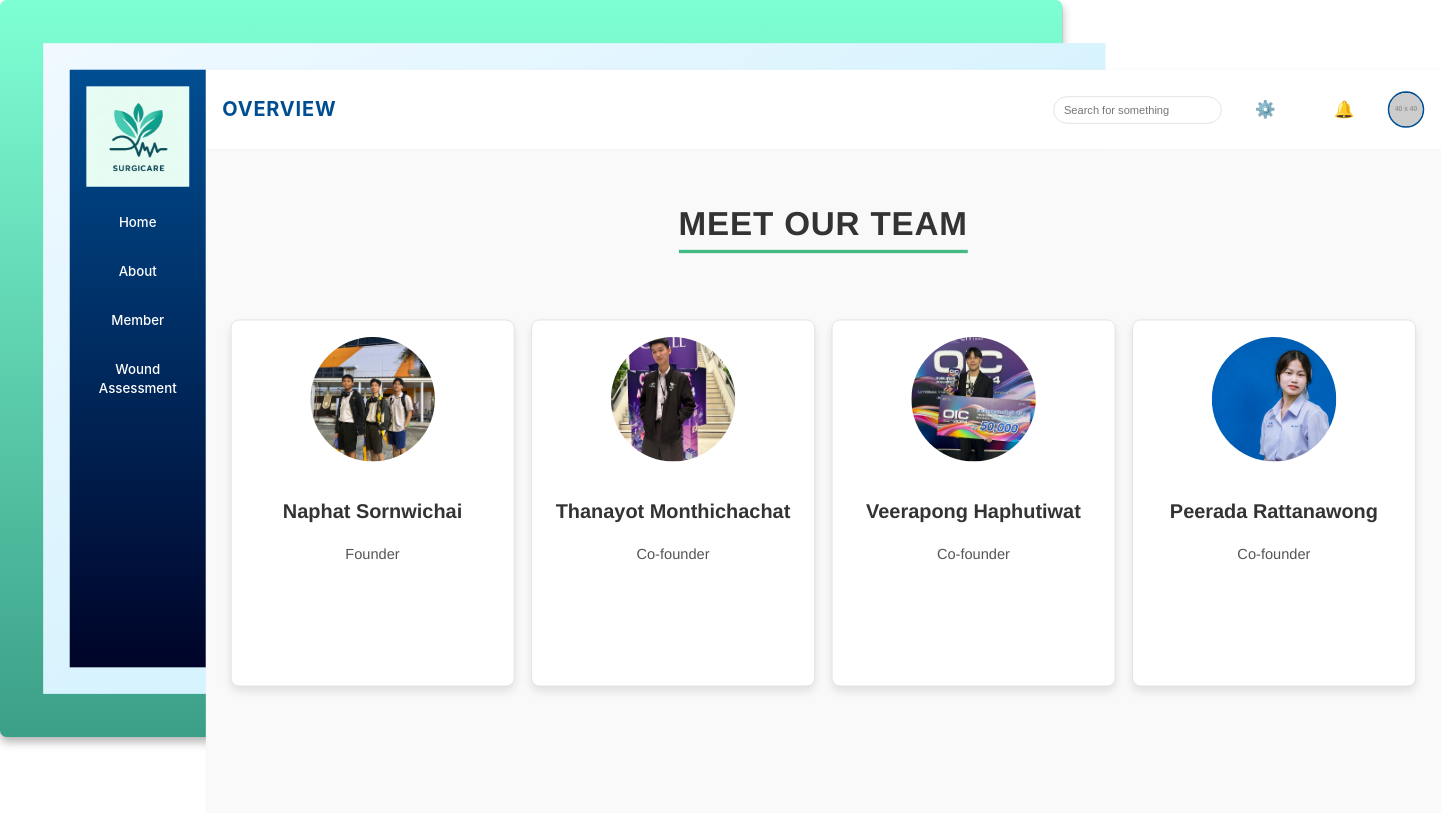
Repository: Jinwoo290350/Surgicare-Vue
Page: /member (app in surgicare/)
The author's editor kept a copy of each file at every save. The page is drawn from the files as they stood at one save, then again after the next save.
The browser window is 1280 px wide. The page is 1736 px wide, then 1280 px, so the pictures cover 1736 px, including what lies to the right of the window. The pictures show the whole page, at 83% of full size.
The project was rebuilt for these pictures with package versions that can differ from the ones it lists, and the page was loaded fresh each time. Also part of the build but not shown: surgicare/vite.config.js, surgicare/src/views/Home.vue, surgicare/src/views/About.vue, surgicare/src/components/WoundAssessment.vue.

Above is the page before, as saved 2024-12-30 14:39:18.
Console error: TypeError: Cannot read properties of null (reading 'getContext')

### surgicare/index.html
<!doctype html>
<html lang="en">
  <head>
    <meta charset="UTF-8" />
    <link rel="icon" type="image/svg+xml" href="/vite.svg" />
    <meta name="viewport" content="width=device-width, initial-scale=1.0" />
    <title>Vite + Vue</title>
  </head>
  <body>
    <div id="app"></div>
    <script type="module" src="/src/main.js"></script>
  </script>
  <link href="https://fonts.googleapis.com/css2?family=Roboto:wght@400;500;700&display=swap" rel="stylesheet">

  <script type="text/javascript" src="./src/star.js"></script>
  </body>
</html>

### surgicare/src/main.js
import { createApp } from 'vue'
import './style.css'
import App from './App.vue'
import router from "./router";

createApp(App).use(router).mount("#app");

### surgicare/src/style.css
:root {
  font-family: Inter, system-ui, Avenir, Helvetica, Arial, sans-serif;
  line-height: 1.5;
  font-weight: 400;
  color-scheme: light dark;
  color: rgba(255, 255, 255, 0.87);
  background-color: #242424;
  font-synthesis: none;
  text-rendering: optimizeLegibility;
  -webkit-font-smoothing: antialiased;
  -moz-osx-font-smoothing: grayscale;
}

a {
  font-weight: 500;
  text-decoration: none;
  transition: color 0.3s ease-in-out;
}
a:hover {
  color: #535bf2; /* Blue hover effect */
}

body {
  margin: 0;
  display: flex;
  flex-direction: column;
  align-items: center;
  justify-content: center;
  min-width: 320px;
  min-height: 100vh;
  padding: 20px;
  background-color: #1f2d29;
  background-image: linear-gradient(to top, #3b9f87, #7fffd4);
  background-repeat: no-repeat;
  border-radius: 8px;
  box-shadow: 0 6px 12px rgba(0, 0, 0, 0.3);
}

h1 {
  font-size: 3em;
  line-height: 1.1;
  color: #fff;
  text-transform: uppercase;
  letter-spacing: 1px;
  margin-bottom: 0.5em;
  transition: transform 0.3s ease-in-out;
}
h1:hover {
  transform: scale(1.05); /* Slight hover effect */
}

button {
  border-radius: 8px;
  border: 1px solid transparent;
  padding: 0.8em 1.5em;
  font-size: 1em;
  font-weight: 500;
  background-color: #333;
  color: #fff;
  cursor: pointer;
  transition: all 0.3s ease;
}
button:hover {
  border-color: #646cff;
  background-color: #444;
  transform: translateY(-2px); /* Lift on hover */
}
button:focus,
button:focus-visible {
  outline: 4px auto -webkit-focus-ring-color;
}

.card {
  padding: 2em;
  background-color: #2a2a2a;
  border-radius: 12px;
  box-shadow: 0 4px 10px rgba(0, 0, 0, 0.4);
  transition: transform 0.3s ease;
}
.card:hover {
  transform: translateY(-5px); /* Lift on hover */
}

#app {
  max-width: 1280px;
  margin: 0 auto;
  padding: 2rem;
  text-align: center;
}

/* Media Queries for Responsiveness */
@media (max-width: 768px) {
  body {
    padding: 15px;
  }

  h1 {
    font-size: 2.4em; /* Smaller title for mobile screens */
  }

  button {
    padding: 0.6em 1.2em;
    font-size: 1em;
  }

  .card {
    padding: 1.5em;
  }

  #app {
    padding: 1.5rem;
  }
}

@media (max-width: 480px) {
  h1 {
    font-size: 2em; /* Further reduce title size */
  }

  button {
    padding: 0.5em 1em;
    font-size: 0.9em;
  }

  .card {
    padding: 1em;
  }
}

/* Light Mode Styles */
@media (prefers-color-scheme: light) {
  :root {
    color: #213547;
    background-color: #ffffff;
  }
  a:hover {
    color: #747bff;
  }
  button {
    background-color: #f9f9f9;
    color: #333;
  }
  .card {
    background-color: #f5f5f5;
    box-shadow: 0 2px 6px rgba(0, 0, 0, 0.1);
  }
}

### surgicare/src/App.vue
<template>
  <div id="app" class="app-container">
    <aside class="sidebar">
      <img src="/Users/frank/Vscode/Vue/surgicare/public/Icon_surgicare.png" alt="Logo" class="logo" />
      <nav class="menu">
        <router-link to="/">Home</router-link>
        <router-link to="/about">About</router-link>
        <router-link to="/member">Member</router-link>
        <router-link to="/wound-assessment">Wound Assessment</router-link>
      </nav>
    </aside>

    <main class="main-content">
      <header class="header">
        <h1>Overview</h1>
        <div class="header-tools">
          <input type="text" placeholder="Search for something" class="search-box" />
          <button class="settings-btn">⚙️</button>
          <button class="notifications-btn">🔔</button>
          <img src="https://via.placeholder.com/40" alt="Profile" class="profile-pic" />
        </div>
      </header>
        <router-view />
    </main>
  </div>
</template>

<script>
export default {
  name: "DashboardPage",
};
</script>

<style scoped>
/* General Styles */
body {
  margin: 0;
  font-family: 'Poppins', Arial, sans-serif;
}

.app-container {
  display: flex;
  height: 100vh;
  background: linear-gradient(to bottom right, #f0f9ff, #c1eefd);
}

.sidebar {
  width: 250px;
  background: linear-gradient(to bottom, #004e92, #000428);
  color: white;
  padding: 20px;
  display: flex;
  flex-direction: column;
  align-items: center;
}

.logo {
  width: 100%;
  max-width: 150px;
  margin-bottom: 20px;
}

.menu a {
  text-decoration: none;
  color: white;
  font-size: 16px;
  margin-bottom: 15px;
  display: block;
  text-align: center;
  padding: 10px 15px;
  border-radius: 8px;
  transition: background 0.3s, transform 0.3s;
}

.menu a:hover {
  background: rgba(255, 255, 255, 0.2);
  transform: scale(1.05);
}

.main-content {
  flex-grow: 1;
  display: flex;
  flex-direction: column;
}

.header {
  display: flex;
  justify-content: space-between;
  align-items: center;
  padding: 20px;
  background: white;
  box-shadow: 0 2px 5px rgba(0, 0, 0, 0.1);
}

.header h1 {
  font-size: 24px;
  color: #004e92;
  margin: 0;
}

.header-tools {
  display: flex;
  align-items: center;
}

.search-box {
  padding: 8px 12px;
  border: 1px solid #ddd;
  border-radius: 25px;
  margin-right: 10px;
  outline: none;
  transition: box-shadow 0.3s;
}

.search-box:focus {
  box-shadow: 0 0 10px rgba(0, 78, 146, 0.5);
}

.settings-btn,
.notifications-btn {
  background: none;
  border: none;
  font-size: 20px;
  color: #555;
  margin-right: 10px;
  cursor: pointer;
}

.profile-pic {
  width: 40px;
  height: 40px;
  border-radius: 50%;
  border: 2px solid #004e92;
}

.content-area {
  flex-grow: 1;
  background: linear-gradient(to bottom right, #e6f7f9, #ffffff);
  display: flex;
  justify-content: center;
  align-items: center;
  position: relative;
}

.placeholder {
  width: 80%;
  height: 80%;
  background: rgba(255, 255, 255, 0.8);
  border-radius: 20px;
  box-shadow: 0 4px 20px rgba(0, 0, 0, 0.1);
  display: flex;
  justify-content: center;
  align-items: center;
  font-size: 28px;
  color: #004e92;
  font-weight: bold;
  text-align: center;
}
</style>

### surgicare/src/router/index.js
import { createRouter, createWebHistory } from "vue-router";

// Importing views and components
import Home from "../views/Home.vue";
import About from "../views/About.vue";
import Member from "../views/Member.vue";
import WoundAssessment from "../components/WoundAssessment.vue";

// Define the route configurations
const routes = [
  {
    path: "/",
    name: "Home",
    component: Home,
    meta: {
      title: "Home -  Surgicare",
    },
  },
  {
    path: "/about",
    name: "About",
    component: About,
    meta: {
      title: "About - Surgicare",
    },
  },
  {
    path: "/member",
    name: "Member",
    component: Member,
    meta: {
      title: "Member - Surgicare",
    },
  },
  {
    path: "/wound-assessment",
    name: "WoundAssessment",
    component: WoundAssessment,
    meta: {
      title: "Wound Assessment - Surgicare",
    },
  },
];

// Create the router instance
const router = createRouter({
  history: createWebHistory(),
  routes,
  scrollBehavior(to, from, savedPosition) {
    // Scroll to top on route change, unless saved position exists
    if (savedPosition) {
      return savedPosition;
    } else {
      return { top: 0 };
    }
  },
});

// Global navigation guard for dynamic document titles
router.beforeEach((to, from, next) => {
  document.title = to.meta.title || "Default App Title";
  next();
});

export default router;

### surgicare/src/views/Member.vue
<template>
  <div id="team-page">
    <div class="team-header">
      <h1>Meet Our Team</h1>
    </div>
    <!-- Scrollable Member Cards -->
    <div class="member-cards-container">
      <div class="member-cards">
        <div
          class="member-card"
          v-for="(member, index) in members"
          :key="index"
          @click="selectMember(member)"
        >
          <img :src="member.photo" :alt="`Photo of ${member.name}`" class="member-photo" />
          <div class="member-info">
            <h2>{{ member.name }}</h2>
            <p>{{ member.role }}</p>
          </div>
        </div>
      </div>
    </div>

    <!-- Member Details Modal -->
    <div v-if="selectedMember" class="member-details" @click.self="closeDetails">
      <div class="details-content">
        <h2>{{ selectedMember.name }}</h2>
        <p><strong>Role:</strong> {{ selectedMember.role }}</p>
        <p>{{ selectedMember.bio }}</p>
        <button @click="closeDetails">Close</button>
      </div>
    </div>
  </div>
</template>

<script>
export default {
  data() {
    return {
      members: [
        {
          name: "Naphat Sornwichai",
          role: "Founder",
          photo: "Pogus.jpg",
          bio: "Founder of Surgicare with a vision for better healthcare solutions.",
        },
        {
          name: "Thanayot Monthichachat",
          role: "Co-founder",
          photo: "Zoe.jpg",
          bio: "Co-founder with a passion for innovation in the medical field.",
        },
        {
          name: "Veerapong Haphutiwat",
          role: "Co-founder",
          photo: "Frank.jpg",
          bio: "Dedicated to improving lives through cutting-edge technology.",
        },
        {
          name: "Peerada Rattanawong",
          role: "Co-founder",
          photo: "bio.jpg",
          bio: "An advocate for collaboration and excellence in healthcare.",
        },
      ],
      selectedMember: null,
    };
  },
  methods: {
    selectMember(member) {
      this.selectedMember = member;
    },
    closeDetails() {
      this.selectedMember = null;
    },
  },
};
</script>

<style scoped>
#team-page {
  padding: 40px 20px;
  font-family: 'Helvetica Neue', sans-serif;
  background-color: #f9f9f9;
  min-height: 100vh;
  display: flex;
  flex-direction: column;
  align-items: center;
}

.team-header {
  margin-bottom: 30px;
  text-align: center;
}

.team-header h1 {
  font-size: 2.5rem;
  font-weight: bold;
  color: #333;
  text-transform: uppercase;
  border-bottom: 4px solid #42b983;
  padding-bottom: 10px;
}

/* Horizontal Scroll Container */
.member-cards-container {
  overflow-x: auto;
  white-space: nowrap;
  padding: 20px 0;
  width: 100%;
}

.member-cards {
  display: inline-flex;
  gap: 20px;
  padding: 10px;
}

.member-card {
  flex: 0 0 auto;
  width: 300px;
  height: 400px;
  cursor: pointer;
  border: 1px solid #e0e0e0;
  border-radius: 10px;
  padding: 20px;
  background-color: #fff;
  box-shadow: 0 6px 12px rgba(0, 0, 0, 0.1);
  transition: transform 0.3s ease, box-shadow 0.3s ease;
  text-align: center;
}

.member-card:hover {
  transform: translateY(-5px);
  box-shadow: 0 10px 20px rgba(0, 0, 0, 0.15);
}

.member-photo {
  width: 150px;
  height: 150px;
  object-fit: cover;
  border-radius: 50%;
  margin: 0 auto 15px;
  transition: transform 0.3s ease;
}

.member-card:hover .member-photo {
  transform: scale(1.1);
}

.member-info h2 {
  font-size: 1.5rem;
  font-weight: bold;
  color: #333;
}

.member-info p {
  font-size: 1.1rem;
  color: #555;
}

/* Modal Styles */
.member-details {
  position: fixed;
  top: 0;
  left: 0;
  width: 100%;
  height: 100%;
  background: rgba(0, 0, 0, 0.6);
  display: flex;
  justify-content: center;
  align-items: center;
  z-index: 1000;
}

.details-content {
  background: #fff;
  padding: 25px;
  border-radius: 8px;
  text-align: center;
  width: 90%;
  max-width: 400px;
  box-shadow: 0 8px 16px rgba(0, 0, 0, 0.25);
}

.details-content h2 {
  font-size: 1.8rem;
  font-weight: 700;
  color: #333;
  margin-bottom: 15px;
}

.details-content p {
  font-size: 1rem;
  color: #555;
  margin-bottom: 15px;
}

button {
  padding: 10px 20px;
  background-color: #42b983;
  color: white;
  border: none;
  border-radius: 5px;
  cursor: pointer;
  font-size: 1rem;
  transition: background-color 0.3s ease;
}

button:hover {
  background-color: #369a6c;
}

/* Responsive Styling */
@media (max-width: 768px) {
  .member-card {
    width: 260px;
    height: 350px;
  }

  .member-photo {
    width: 120px;
    height: 120px;
  }
}
</style>

### surgicare/src/star.js
const canvas = document.querySelector('canvas')
const c = canvas.getContext('2d')

canvas.width = innerWidth
canvas.height = innerHeight

window.addEventListener("resize", function() {
    canvas.width = window.innerWidth;
    canvas.height = window.innerHeight;
    init()
})
function Star(x, y, radius, color) {
    this.x = x
    this.y = y
    this.radius = radius
    this.color = color
    this.velocity = {
        x: (Math.random() - 0.5) * 8,
        y: 3
    }
    this.friction = 0.8
    this.gravity = 1
}

Star.prototype.draw = function() {
    c.save()
    c.beginPath()
    c.arc(this.x, this.y, this.radius, 0, Math.PI * 2, false)
    c.fillStyle = this.color
    c.shadowColor = '#E3EAEF'
    c.shadowBlur = 20
    c.fill()
    c.closePath()
    c.restore()
}

Star.prototype.update = function() {
    this.draw()

    //When ball hits bottom of screen
    if(this.y + this.radius + this.velocity.y > canvas.height - groundHeight){
        this.velocity.y = -this.velocity.y * this.friction
        this.shatter()
    }
    else{
        this.velocity.y += this.gravity
    }

    //Hits side of screen
    if(this.x + this.radius + this.velocity.x > canvas.width || this.x - this.radius <= 0){
        this.velocity.x = -this.velocity.x * this.friction
        this.shatter()
    }

    this.x += this.velocity.x
    this.y += this.velocity.y

}

Star.prototype.shatter = function(){
    this.radius -= 3
    for(let i = 0; i < 8; i++){
        miniStars.push(new MiniStar(this.x, this.y, 2))
    }

}

function MiniStar(x, y, radius, color){
    Star.call(this, x, y, radius, color)
    this.velocity = {
        x: (Math.random() - 0.5) * 10,
        y: (Math.random() - 0.5) * 30
    }
    this.friction = 0.8
    this.gravity = 0.1
    this.ttl = 100
    this.opacity = 1
}

MiniStar.prototype.draw = function() {
    c.save()
    c.beginPath()
    c.arc(this.x, this.y, this.radius, 0, Math.PI * 2, false)
    c.fillStyle = `rgba(227,234, 239, ${this.opacity})`
    c.shadowColor = '#E3EAEF'
    c.shadowBlur = 20
    c.fill()
    c.closePath()
    c.restore()
}

MiniStar.prototype.update = function() {
    this.draw()

    if(this.y + this.radius + this.velocity.y > canvas.height - groundHeight){
        this.velocity.y = -this.velocity.y * this.friction
    }
    else{
        this.velocity.y += this.gravity
    }

    this.x += this.velocity.x
    this.y += this.velocity.y
    this.ttl -= 1
    this.opacity -= 0.0001 * this.ttl
}

function creatMountainRange(mountainAmount, height, color){
    for(let i = 0; i < mountainAmount; i++){
        const mountainWidth = canvas.width / mountainAmount
        c.beginPath()
        c.moveTo(i * mountainWidth, canvas.height)
        c.lineTo(i * mountainWidth + mountainWidth + 0.2*canvas.height, canvas.height)
        c.lineTo(i * mountainWidth + mountainWidth / 2, canvas.height - height)
        c.lineTo(i * mountainWidth - 0.2*canvas.height, canvas.height)
        c.fillStyle = color
        c.fill()
        c.closePath()
    }
}

// Implementation
const backgroundGradient = c.createLinearGradient(0, 0, canvas.width, canvas.height)
backgroundGradient.addColorStop(0, '#171e26')
backgroundGradient.addColorStop(1, '#3f586b')

let stars
let miniStars
let backgroundStars
let ticker = 0
let randomSpawnRate = 75
const groundHeight = 0.09 * canvas.height
let inf = 1e9
function init() {
    stars = []
    miniStars = []
    backgroundStars = []

    for(let i = 0; i < 200; i++){
        const x = Math.random() * canvas.width
        const y = Math.random() * canvas.height
        const radius = Math.random() * 3
        backgroundStars.push(new Star(x, y, radius, 'white'))
    }
}

// Animation Loop
function animate() {
    c.clearRect(0, 0, 0, canvas.height)
    c.fillStyle = backgroundGradient
    c.fillRect(0, 0, canvas.width, canvas.height)

    backgroundStars.forEach(backgroundStar => {
        backgroundStar.draw()
    })

    if(flag) creatMountainRange(1, canvas.height * 0.7, '#384551')
    if(flag) creatMountainRange(2, canvas.height * 0.6, '#2B3843')
    if(flag) creatMountainRange(3, canvas.height * 0.4, '#26333E')
    c.fillStyle = '#182028'
    c.fillRect(0, canvas.height - groundHeight, canvas.width, groundHeight)
    stars.forEach((star, index) => {
        star.update();
        if(star.radius == 0){
            stars.splice(index, 1)
        }
    });

    miniStars.forEach((miniStar, index) => {
        miniStar.update();
        if(miniStar.ttl == 0){
            miniStars.splice(index, 1)
        }
    });

    ticker++
    if(ticker >= inf){
        ticker = 0
    }
    if(ticker % randomSpawnRate == 0){
        const radius = 9
        const x = Math.max(radius, Math.random() * canvas.width - radius)
        stars.push(new Star(x, -100, 9, '#E3EAEF'))
        randomSpawnRate = Math.floor(Math.random() * (200 - 125 + 1) + 125)
    }

    requestAnimationFrame(animate)
}

init()
animate()

After the next save:
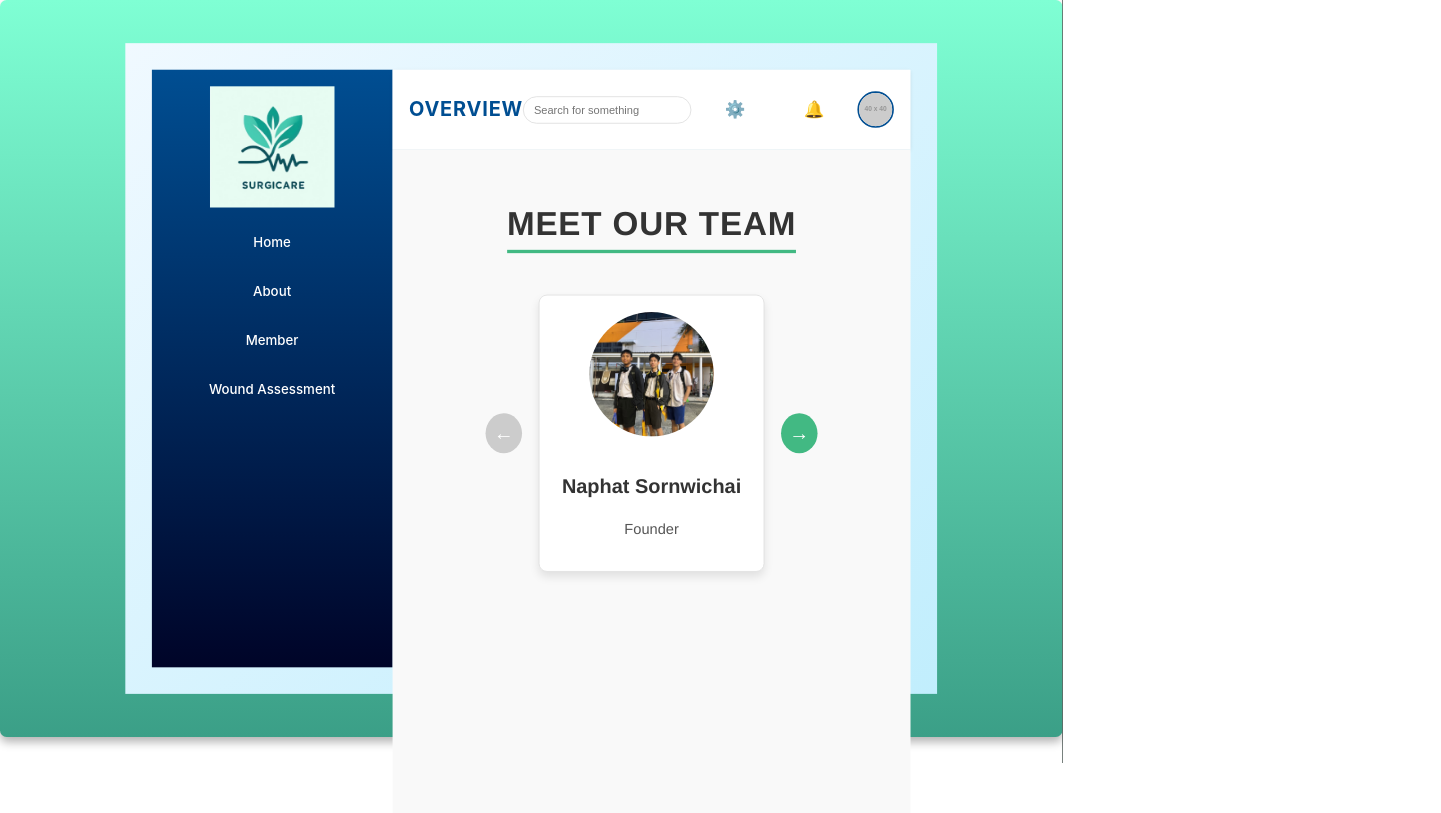
Saved 90 s later.
--- a/surgicare/src/views/Member.vue
+++ b/surgicare/src/views/Member.vue
@@ -3,22 +3,24 @@
     <div class="team-header">
       <h1>Meet Our Team</h1>
     </div>
-    <!-- Scrollable Member Cards -->
-    <div class="member-cards-container">
-      <div class="member-cards">
-        <div
-          class="member-card"
-          v-for="(member, index) in members"
-          :key="index"
-          @click="selectMember(member)"
-        >
-          <img :src="member.photo" :alt="`Photo of ${member.name}`" class="member-photo" />
-          <div class="member-info">
-            <h2>{{ member.name }}</h2>
-            <p>{{ member.role }}</p>
-          </div>
+
+    <!-- Single Member Card with Navigation Buttons -->
+    <div class="member-card-container">
+      <button class="nav-button" @click="prevMember" :disabled="currentIndex === 0">
+        ←
+      </button>
+
+      <div class="member-card">
+        <img :src="currentMember.photo" :alt="`Photo of ${currentMember.name}`" class="member-photo" />
+        <div class="member-info">
+          <h2>{{ currentMember.name }}</h2>
+          <p>{{ currentMember.role }}</p>
         </div>
       </div>
+
+      <button class="nav-button" @click="nextMember" :disabled="currentIndex === members.length - 1">
+        →
+      </button>
     </div>
 
     <!-- Member Details Modal -->
@@ -63,10 +65,26 @@ export default {
           bio: "An advocate for collaboration and excellence in healthcare.",
         },
       ],
+      currentIndex: 0,
       selectedMember: null,
     };
   },
+  computed: {
+    currentMember() {
+      return this.members[this.currentIndex];
+    },
+  },
   methods: {
+    nextMember() {
+      if (this.currentIndex < this.members.length - 1) {
+        this.currentIndex++;
+      }
+    },
+    prevMember() {
+      if (this.currentIndex > 0) {
+        this.currentIndex--;
+      }
+    },
     selectMember(member) {
       this.selectedMember = member;
     },
@@ -102,37 +120,26 @@ export default {
   padding-bottom: 10px;
 }
 
-/* Horizontal Scroll Container */
-.member-cards-container {
-  overflow-x: auto;
-  white-space: nowrap;
-  padding: 20px 0;
+.member-card-container {
+  display: flex;
+  align-items: center;
+  justify-content: center;
+  gap: 20px;
+  position: relative;
   width: 100%;
-}
-
-.member-cards {
-  display: inline-flex;
-  gap: 20px;
-  padding: 10px;
+  max-width: 400px;
 }
 
 .member-card {
-  flex: 0 0 auto;
-  width: 300px;
-  height: 400px;
-  cursor: pointer;
+  width: 100%;
+  max-width: 300px;
+  text-align: center;
   border: 1px solid #e0e0e0;
   border-radius: 10px;
   padding: 20px;
   background-color: #fff;
   box-shadow: 0 6px 12px rgba(0, 0, 0, 0.1);
   transition: transform 0.3s ease, box-shadow 0.3s ease;
-  text-align: center;
-}
-
-.member-card:hover {
-  transform: translateY(-5px);
-  box-shadow: 0 10px 20px rgba(0, 0, 0, 0.15);
 }
 
 .member-photo {
@@ -141,11 +148,6 @@ export default {
   object-fit: cover;
   border-radius: 50%;
   margin: 0 auto 15px;
-  transition: transform 0.3s ease;
-}
-
-.member-card:hover .member-photo {
-  transform: scale(1.1);
 }
 
 .member-info h2 {
@@ -157,6 +159,26 @@ export default {
 .member-info p {
   font-size: 1.1rem;
   color: #555;
+}
+
+.nav-button {
+  font-size: 1.5rem;
+  color: #fff;
+  background-color: #42b983;
+  border: none;
+  border-radius: 50%;
+  padding: 10px;
+  cursor: pointer;
+  transition: background-color 0.3s ease;
+}
+
+.nav-button:hover {
+  background-color: #369a6c;
+}
+
+.nav-button:disabled {
+  background-color: #ccc;
+  cursor: not-allowed;
 }
 
 /* Modal Styles */
@@ -183,19 +205,6 @@ export default {
   box-shadow: 0 8px 16px rgba(0, 0, 0, 0.25);
 }
 
-.details-content h2 {
-  font-size: 1.8rem;
-  font-weight: 700;
-  color: #333;
-  margin-bottom: 15px;
-}
-
-.details-content p {
-  font-size: 1rem;
-  color: #555;
-  margin-bottom: 15px;
-}
-
 button {
   padding: 10px 20px;
   background-color: #42b983;
@@ -210,17 +219,4 @@ button {
 button:hover {
   background-color: #369a6c;
 }
-
-/* Responsive Styling */
-@media (max-width: 768px) {
-  .member-card {
-    width: 260px;
-    height: 350px;
-  }
-
-  .member-photo {
-    width: 120px;
-    height: 120px;
-  }
-}
 </style>
